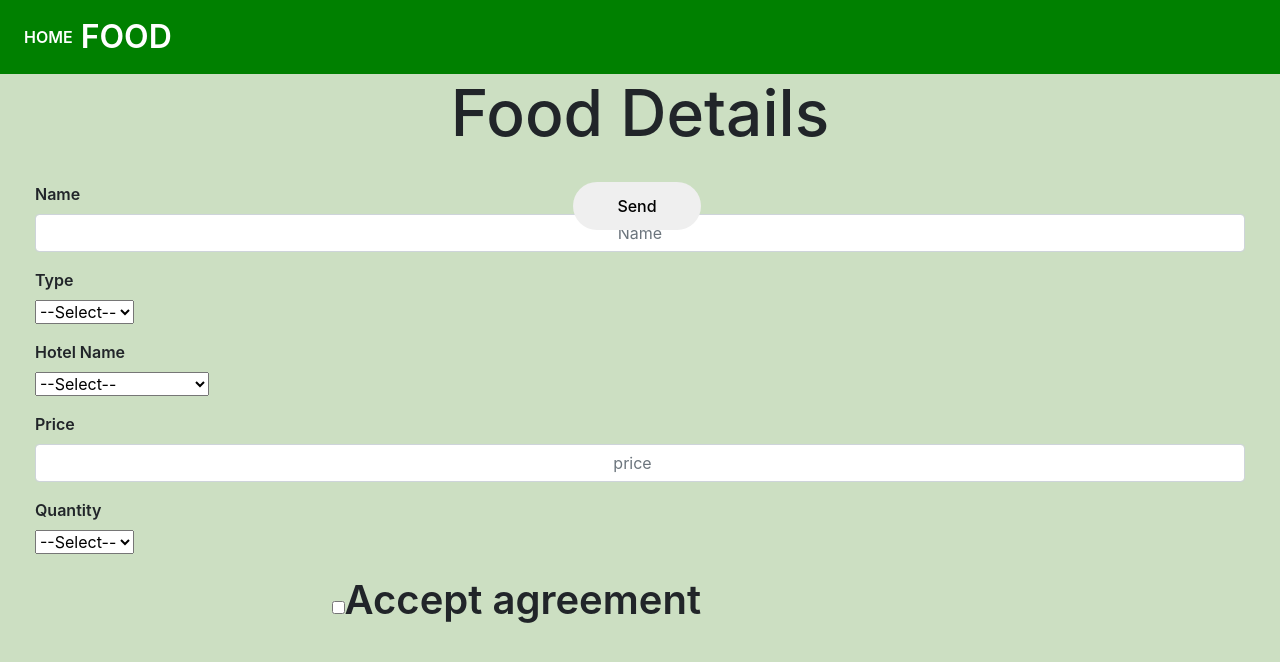
Repository: 05Mohammedismail/xworkz--Advance-Java
Page: http://localhost/Sep14_JSP_WrapperClasses/food.jsp
An editor plug-in stored every save of this project. The page is shown before and after the next save, followed by the edit.
The browser window is 1280 px wide. The pictures show the whole page.
The page is served by Tomcat 9. Other server files are loaded and not shown.

Above is the page before, as saved 2023-09-14 17:35:58.

### Sep14_JSP_WrapperClasses/src/main/webapp/food.jsp
<%@ page language="java" contentType="text/html; charset=ISO-8859-1"
    pageEncoding="ISO-8859-1"%>
<!doctype html>
<html lang="en">
  <head>
    <meta charset="utf-8">
    <meta name="viewport" content="width=device-width, initial-scale=1">
    <title>MY-JSP</title>
<link rel="stylesheet" href="https://cdn.jsdelivr.net/npm/bootstrap@4.0.0/dist/css/bootstrap.min.css" integrity="sha384-Gn5384xqQ1aoWXA+058RXPxPg6fy4IWvTNh0E263XmFcJlSAwiGgFAW/dAiS6JXm" crossorigin="anonymous">
<style type="text/css">

body{
background-color: rgb(204, 223, 194);
}

body h1{
text-align: center;
font-size: 4em;
}

.navbar-brand{
font-size: 2em;
}
.navbar{
background: green;
margin-bottom: 1px;
font-weight:600;
color: white;
}
.nav-link:hover{
text-decoration: underline;
}

.form-row{
margin: 30px;
position: relative;
}

.send{
position: absolute;
right: 45%;
border-radius: 40px;
height: 3em;
width: 8em;
outline: none;
border: none;
font-weight: 500;
cursor: pointer;
}

.send:hover{
background: lime;
}

.form-control{
text-align: center;
}

.form-group label{
font-weight: 600;
}

.check {
position: absolute;
right: 45%;
font-size: 40px;
}

</style>
</head>

  <body>
   <nav class="navbar navbar-expand-lg navbar-light">
  <div class="collapse navbar-collapse" id="navbarNav">
    <ul class="navbar-nav">
      <li class="nav-item">
        <a class="nav-link text-white" href="index.jsp">HOME</a>
      </li>
      </ul>
      <a class="navbar-brand">FOOD</a>
  <button class="navbar-toggler" type="button" data-toggle="collapse" data-target="#navbarNav" aria-controls="navbarNav" aria-expanded="false" aria-label="Toggle navigation">
    <span class="navbar-toggler-icon"></span>
  </button>
  </div>
</nav>

<h1>Food Details</h1>
<form action="food" method="post">
  <div class="form-row">

    <div class="form-group col-md-12">
      <label>Name</label>
      <input type="text" class="form-control" placeholder="Name" name="name">
    </div>

    <div class="form-group col-md-12">
      <label>Type</label>
      <br>
      <select name="type">
      <option>--Select--</option>
      <option>Veg</option>
      <option>Non-Veg</option>
      </select>
    </div>

    <div class="form-group col-md-12">
      <label>Hotel Name</label>
      <br>
      <select name="hname">
      <option>--Select--</option>
      <option>Persian Terrace</option>
      <option>Best Hotel</option>
      <option>Spice Terrace</option>
      <option>The Den Bengaluru</option>
      <option>New Modern Hotel</option>
      <option>Karavali</option>
      <option>Rameshwaram Cafe</option>
      <option>Meghana Foods</option>
      <option>CTR house</option>
      </select>
    </div>

    <div class="form-group col-md-12">
      <label >Price</label>
      <input type="number" class="form-control" placeholder="price" name="price">
    </div>

    <div class="form-group col-md-12">
      <label>Quantity</label>
      <br>
      <select name="quantity">
      <option>--Select--</option>
      <option>half</option>
      <option>Full</option>
      </select>
    </div>

     <div class="form-group col-md-12">
  	<label class="check">
  	<input type="checkbox" required="required">Accept agreement
 	  	</label>
 	</div>
 	<br>
 <input class="send" type="submit" value="Send">
 </div>
</form>

<script src="https://cdn.jsdelivr.net/npm/bootstrap@5.3.1/dist/js/bootstrap.bundle.min.js" integrity="sha384-HwwvtgBNo3bZJJLYd8oVXjrBZt8cqVSpeBNS5n7C8IVInixGAoxmnlMuBnhbgrkm" crossorigin="anonymous"></script>
</body>
</html>

After the next save:
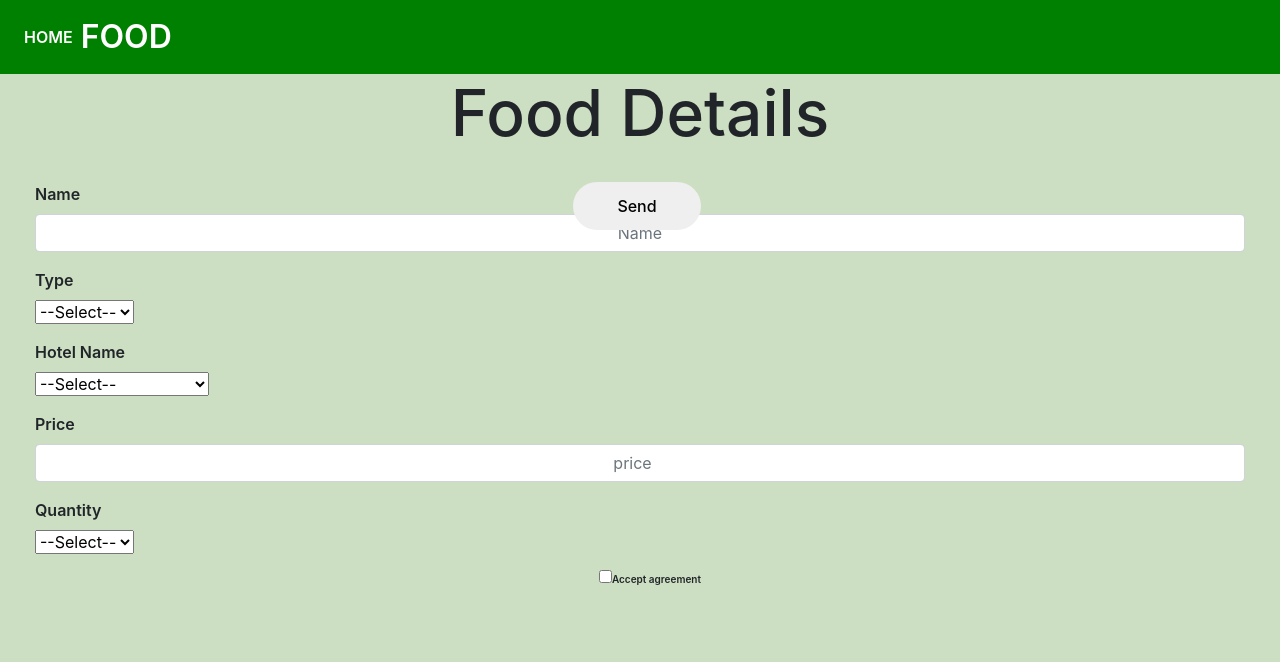
Saved 12 s later.
--- a/Sep14_JSP_WrapperClasses/src/main/webapp/food.jsp
+++ b/Sep14_JSP_WrapperClasses/src/main/webapp/food.jsp
@@ -63,7 +63,7 @@ font-weight: 600;
 .check {
 position: absolute;
 right: 45%;
-font-size: 40px;
+font-size: 10px;
 }
 
 </style>
